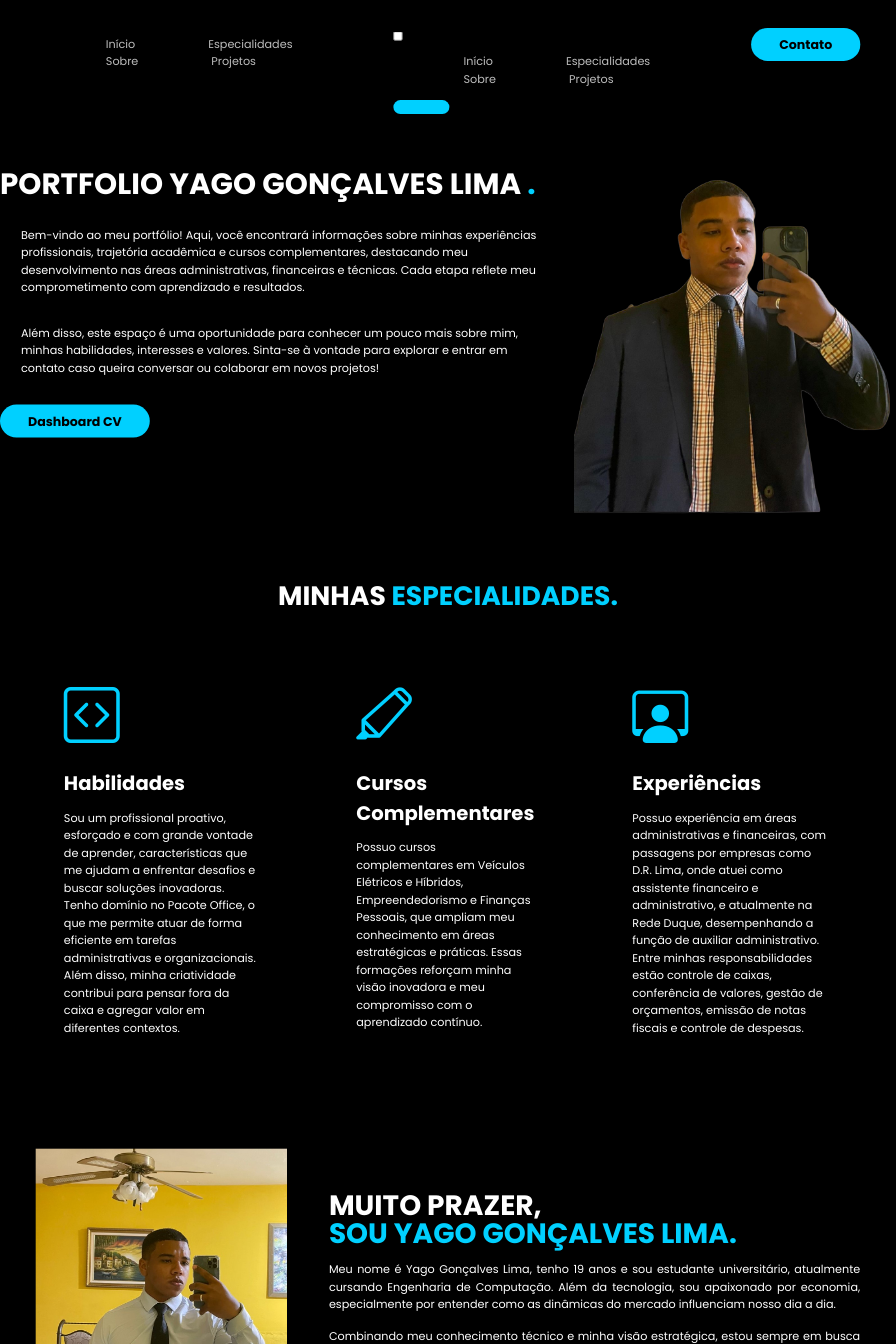
Repository: yagolima1511/Portfolio
Page: index.html
These files come from the project's save history. The page is drawn as it stood at one moment and after the next save; the edit follows.
The browser window is 1280 px wide. The pictures show the part of the page from y = 0 to 1920 px (the page is 3552 px tall before and 3571 px after), at 70% of full size.

Above is the page before, as saved 2025-03-03 21:13:34.

After the next save:
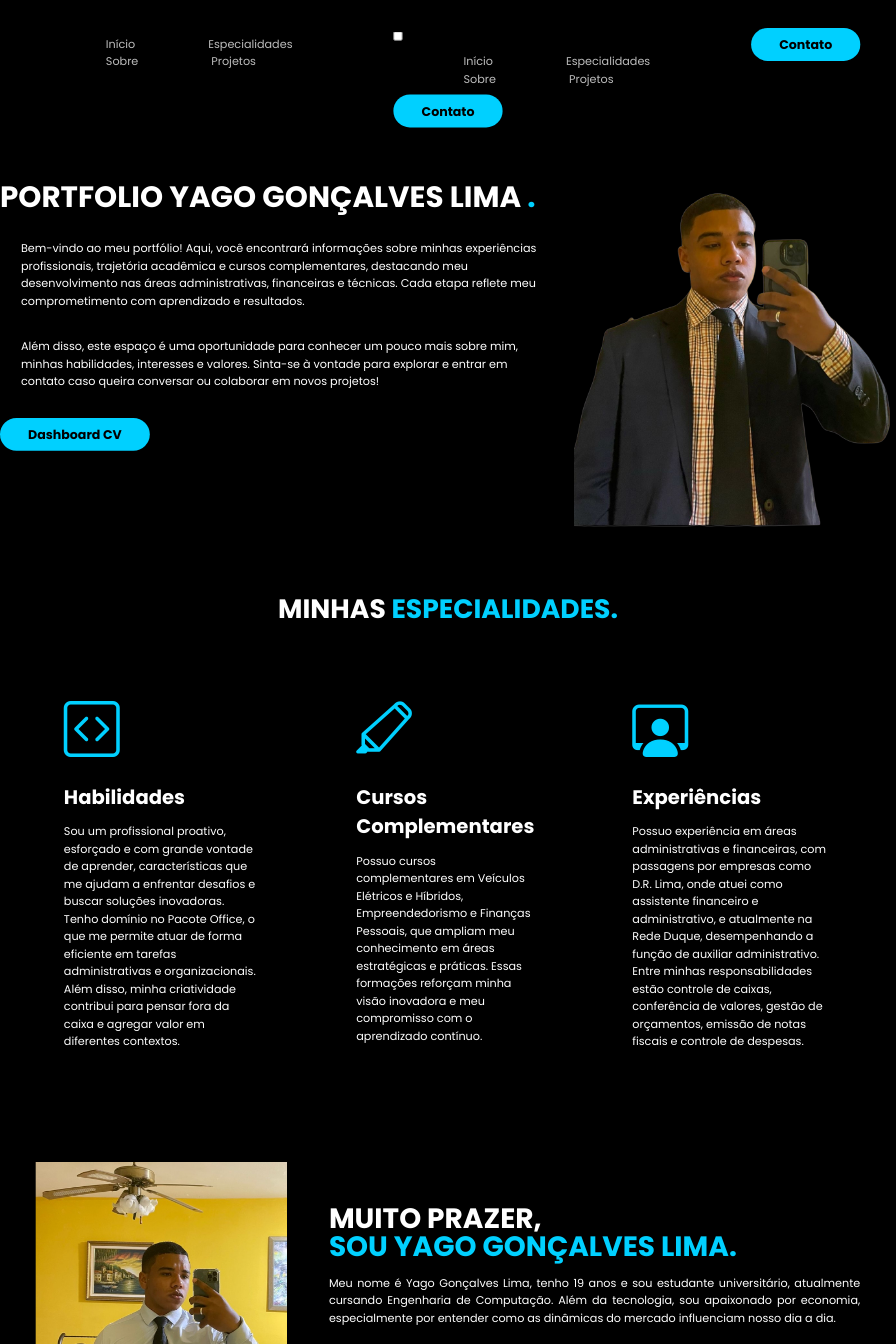
Saved 7 s later.
--- a/index.html
+++ b/index.html
@@ -41,7 +41,7 @@
 
                     <div class="btn-contato">
                         <a href="https://api.whatsapp.com/send?phone=5511951423405">
-                            <Button></Button>
+                            <Button>Contato</Button>
                         </a>"
                     </div>
 
